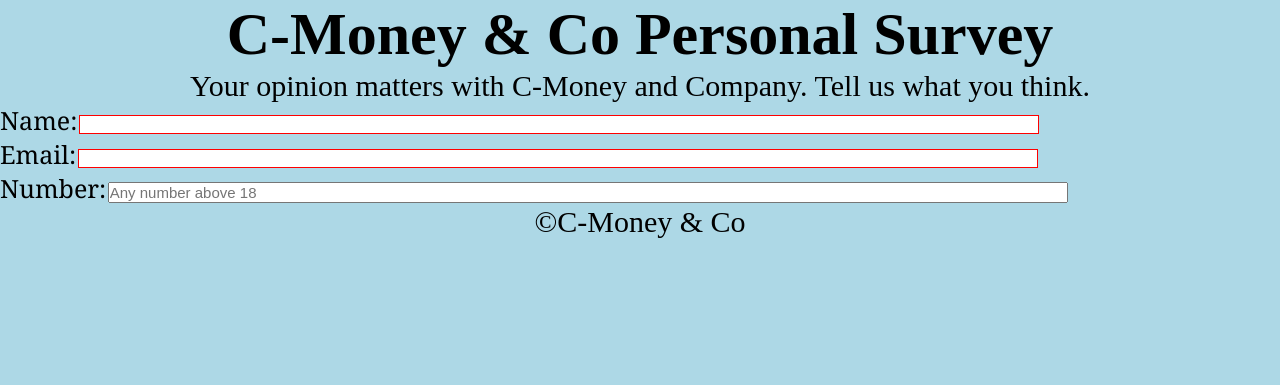
Repository: ctcoleman/surveyForm
Page: index.html
The author's editor kept a copy of each file at every save. The page is drawn from the files as they stood at one save, then again after the next save.
The browser window is 1280 px wide. The pictures show the whole page.

Above is the page before, as saved 2020-06-26 10:35:31.
Console error: TypeError: Cannot read properties of null (reading 'addEventListener')

### index.html
<!DOCTYPE html>
<html lang="en">

<!-- Head -->
  <head>
    <meta name="description" content="Survey Form Example Project">
    <meta name="author" content="Christopher Coleman">
    <meta name="title" content="Survey Form Project">
    <meta name="keywords" content="Survey, Forms, HTML, CSS, Example, Project"
    <meta name="viewport" content="width=device-width, initial-scale=1.0">
    <meta charset="UTF-8">
    <link rel="stylesheet" type="text/css" href="/assets/stylesheets/index.css">
    <title>Survey Form Project</title>
  </head>

<!-- Body -->
  <body>


    <!-- Main Content-->
    <main id="main">

      <!-- Header -->
      <header id="titleHeading" class="heading">
        <h1 id="title">C-Money & Co Personal Survey</h1>
      </header>

      <!-- Description of Survey-->
      <section class="descriptionSection">
        <p id="description">Your opinion matters with C-Money and Company. Tell us what you think.</p>
      </section>

      <!-- Survey Form -->
      <form id="survey-form" class="formWrapper" action="#" method="post">
        <!-- Name -->
        <div class="nameEntery">
          <label for="name-label">Name:</label>
          <input type="text" id="name" name="user_name" required="required">
        </div>
        <!-- E-Mail -->
        <div class="emailEntery">
          <label for="email-label">Email:</label>
          <input type="email" id="email" name="user_email" required>
        </div>
        <!-- Number -->
        <div class="numberEntery">
          <label for="number-label">Number:</label>
          <input type="number" id="number" placeholder="Any number above 18" min="18" max="150">
        </div>
      </form>

      <!-- Footer -->
      <footer>
        <p>&copy;C-Money & Co</p>
      </footer>
    </main>

    <script>
      const btn = document.querySelector('button');
      const txt = document.querySelector('p')

      btn.addEventListener('click', updateBtn);

      function updateBtn () {
        if (btn.textContent === 'I am a button') {
          btn.textContent = 'I am a new button';
          txt.textContent = 'New Lorem Ipsum';
        } else {
          btn.textContent = 'I am a button';
          txt.textContent = 'Lorem Ipsum'
        }
      }
    </script>
    <script>url('https://cdn.freecodecamp.org/testable-projects-fcc/v1/bundle.js')</script>
  </body>
</html>

### assets/stylesheets/index.css
* {
  margin: 0;
  padding: 0;
  outline: 0;
  box-sizing: border-box;
  font-size: 62.5%;
}

html {
 background: lightblue;
 color: black;
 -webkit-font-smoothing: antialiased;
}

h1 {
  font-size: 6rem;
  text-align: center;
}

p {
  font-size: 3rem;
  text-align: center;
  margin:
}

input {
  font-size: 1.5rem;
  width: 75vw;
}
input:required {
  border: 1px solid red;
}

label {
  font-size: 2.5rem;
  font-family: Georgia, 'Times New Roman', Times, serif;
}

After the next save:
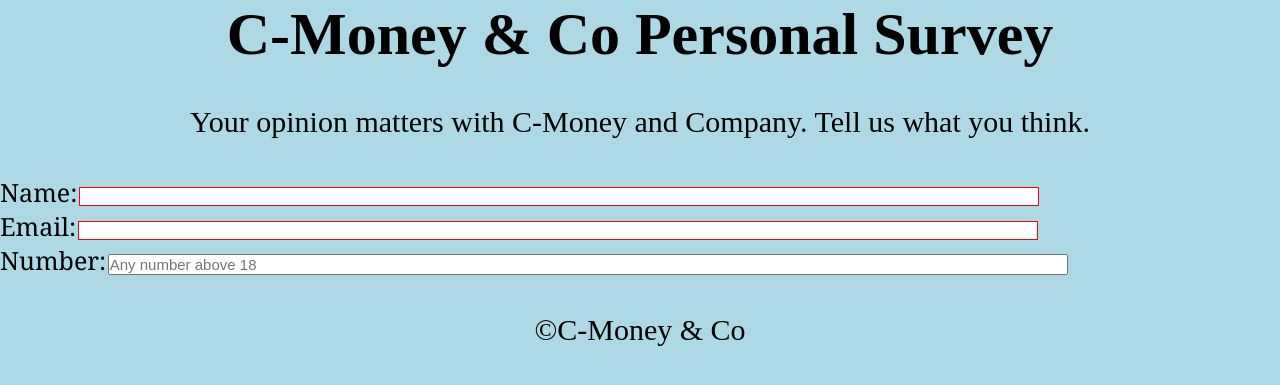
Saved 4 s later.
--- a/assets/stylesheets/index.css
+++ b/assets/stylesheets/index.css
@@ -20,7 +20,7 @@ h1 {
 p {
   font-size: 3rem;
   text-align: center;
-  margin:
+  margin: 5vh
 }
 
 input {
